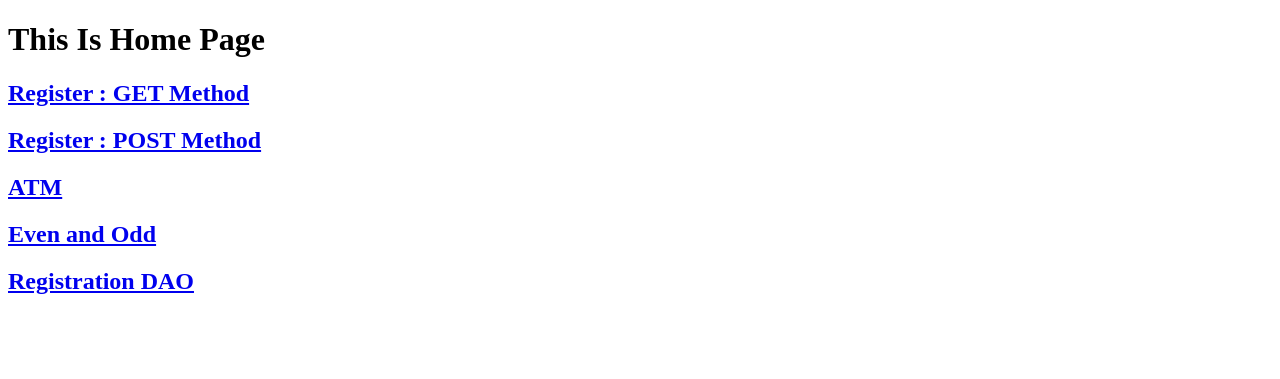
Repository: Pradeep4802/utopiatech
Page: eclipse-workspace/DevelearnUSerManagement/src/main/webapp/index.html
These files come from the project's save history. The page is drawn as it stood at one moment and after the next save; the edit follows.
The browser window is 1280 px wide. The pictures show the whole page.

Above is the page before, as saved 2023-10-11 08:16:54.

After the next save:
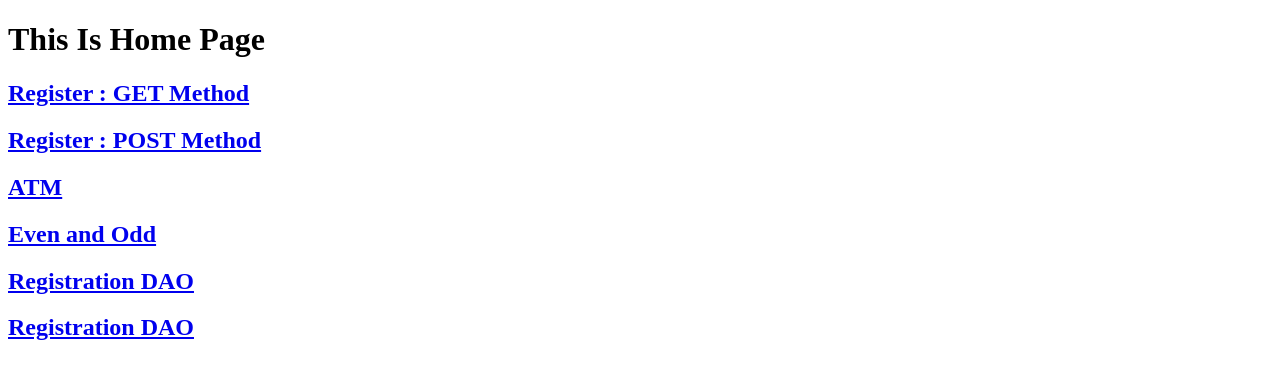
Saved 7 min 23 s later.
--- a/eclipse-workspace/DevelearnUSerManagement/src/main/webapp/index.html
+++ b/eclipse-workspace/DevelearnUSerManagement/src/main/webapp/index.html
@@ -12,6 +12,7 @@
 	<h2><a href="ATM.html">ATM</a></h2>
 	<h2><a href="Program.jsp">Even and Odd</a></h2>
 	<h2><a href="Registration.html">Registration DAO</a></h2>
+	<h2><a href="GetAll.html">Registration DAO</a></h2>
 
 </body>
 </html>
